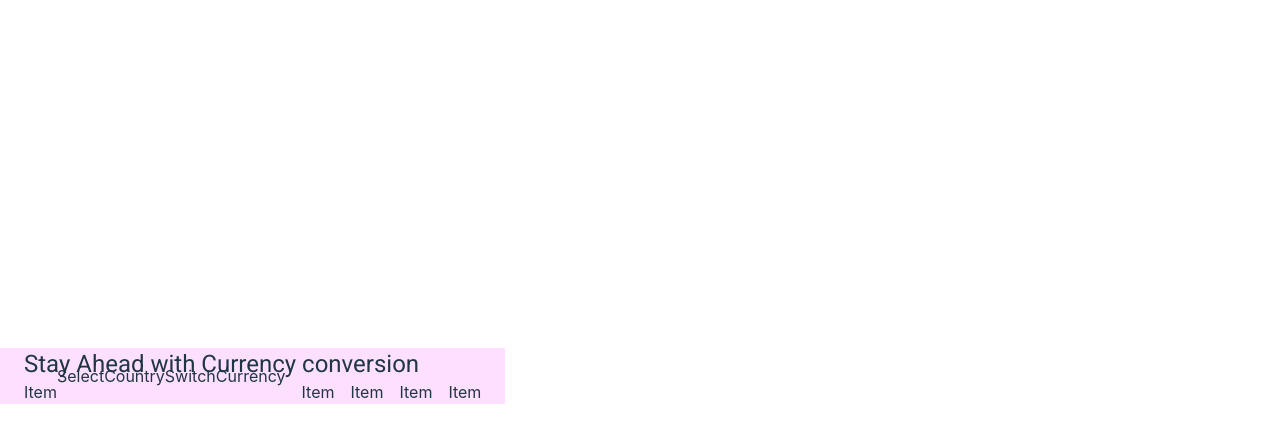
Repository: Asad-devv/CURRENCY
Page: /
An editor plug-in stored every save of this project. The page is shown before and after the next save, followed by the edit.
The browser window is 1280 px wide. The pictures show the whole page.
The project was rebuilt for these pictures with package versions that can differ from the ones it lists, and the page was loaded fresh each time. Also part of the build but not shown: craco.config.js.

Above is the page before, as saved 2023-03-01 21:40:38.

### src/main.jsx
import React from 'react'
import ReactDOM from 'react-dom/client'
import App from './App'
import './index.css'
import '@fontsource/roboto/300.css';
import '@fontsource/roboto/400.css';
import '@fontsource/roboto/500.css';
import '@fontsource/roboto/700.css';


ReactDOM.createRoot(document.getElementById('root')).render(
  <React.StrictMode>
    <App />
  </React.StrictMode>,
)

### src/App.jsx
import { Button, Container,Typography,Grid } from "@mui/material";
import { useState } from "react";
import reactLogo from "./assets/react.svg";
import InputAmount from "./components/InputAmount";
import SelectCountry from "./components/selectCountry";
import SwitchCurrency from "./components/SwitchCurrency";
// import './App.css'

function App() {
  const [count, setCount] = useState(0);

  return (
    <Container maxWidth="md" sx={{ background: "#fddfff" }}>
      <Typography variant = "h5"sx={{mt:"2rem"}}>Stay Ahead with Currency conversion</Typography>
      <Grid container spacing ={2}>
        <InputAmount/>
        <SelectCountry/>
        <SwitchCurrency/>
        <Grid item>
          Item
        </Grid>
        <Grid item>
          Item
        </Grid>
        <Grid item>
          Item
        </Grid>
        <Grid item>
          Item
        </Grid>
      </Grid>
    </Container>
  );
}

export default App;

### src/components/InputAmount.jsx
import React from 'react'

import {Grid } from "@mui/material"
const InputAmount = () => {
  return (
    <Grid item>
    Item
  </Grid>
  )
}

export default InputAmount

### src/components/selectCountry.jsx
import React from 'react'
import {Grid } from "@mui/material"
const SelectCountry = () => {
  return (
    <div>SelectCountry</div>
  )
}

export default SelectCountry

### src/components/SwitchCurrency.jsx
import React from 'react'
import {Grid } from "@mui/material"
const SwitchCurrency = () => {
  return (
    <div>SwitchCurrency</div>
  )
}

export default SwitchCurrency

Loaded but not shown: index.html (common file); src/index.css (common file)

After the next save:
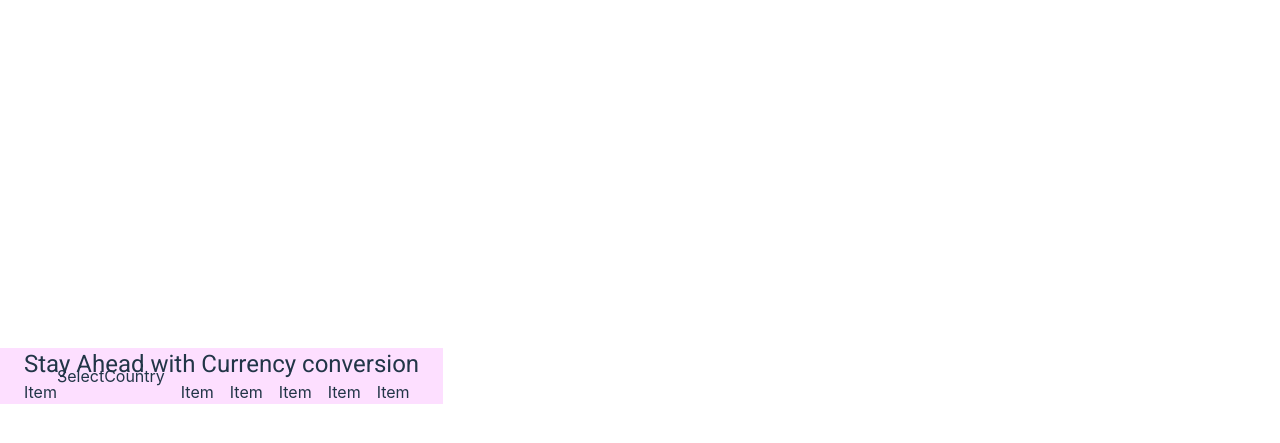
Saved 15 s later.
--- a/src/components/SwitchCurrency.jsx
+++ b/src/components/SwitchCurrency.jsx
@@ -2,7 +2,9 @@ import React from 'react'
 import {Grid } from "@mui/material"
 const SwitchCurrency = () => {
   return (
-    <div>SwitchCurrency</div>
+    <Grid item>
+    Item
+  </Grid>
   )
 }
 
